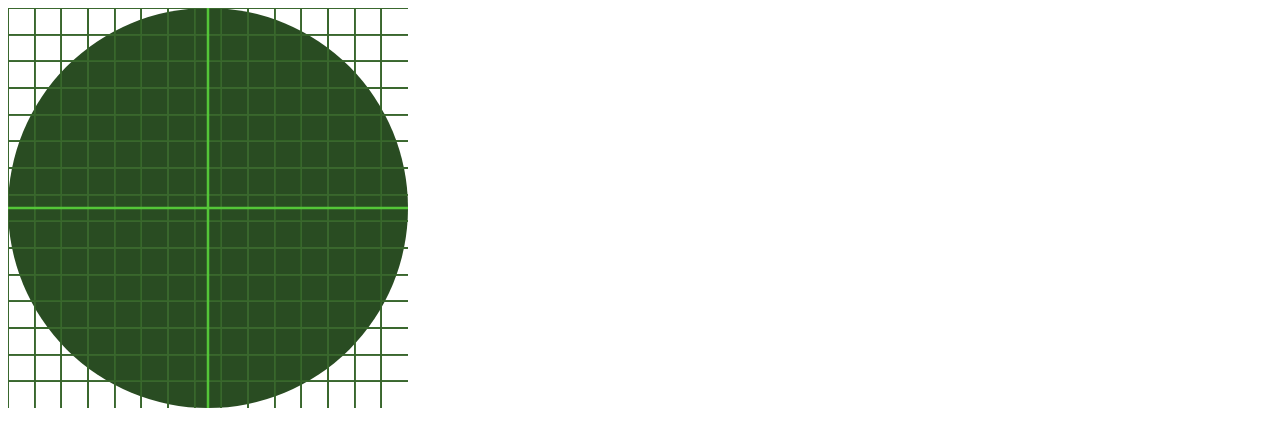
Repository: pedro-mancano/ProjetoCDM204
Page: scripts/radar.html
These files come from the project's save history. The page is drawn as it stood at one moment and after the next save; the edit follows.
The browser window is 1280 px wide. The pictures show the whole page.

Above is the page before, as saved 2024-11-27 08:04:46.

After the next save:
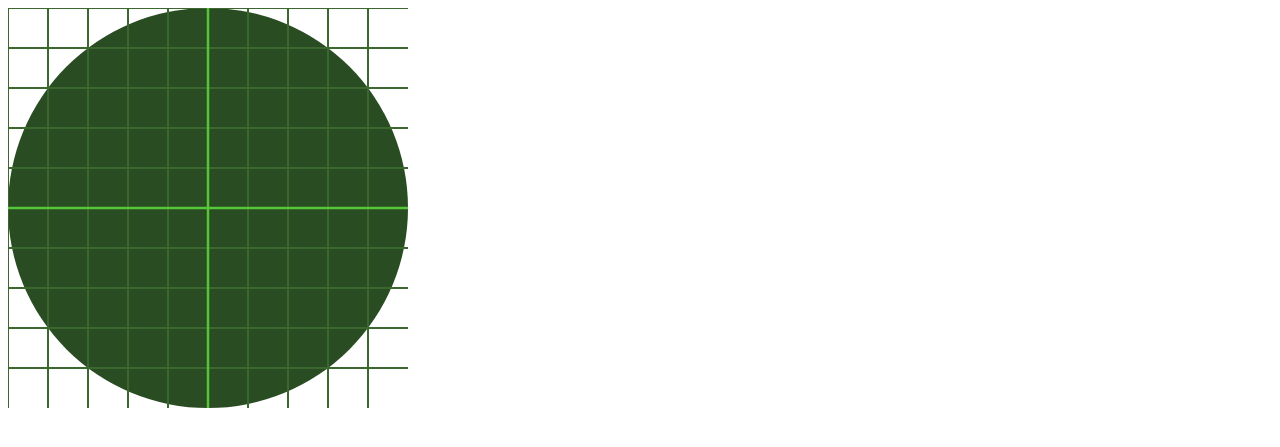
Saved 7 s later.
--- a/scripts/radar.js
+++ b/scripts/radar.js
@@ -16,8 +16,8 @@ function draw(elapsed) {
   //
   ctx.strokeStyle = '#3a682e';
   ctx.lineWidth = 1;
-  for (let i = 0; i < width; i += width / 15) {
-    for (let j = 0; j < height; j += height / 15) {
+  for (let i = 0; i < width; i += width / 10) {
+    for (let j = 0; j < height; j += height / 10) {
       ctx.beginPath();
       ctx.moveTo(i, 0);
       ctx.lineTo(i, height);
